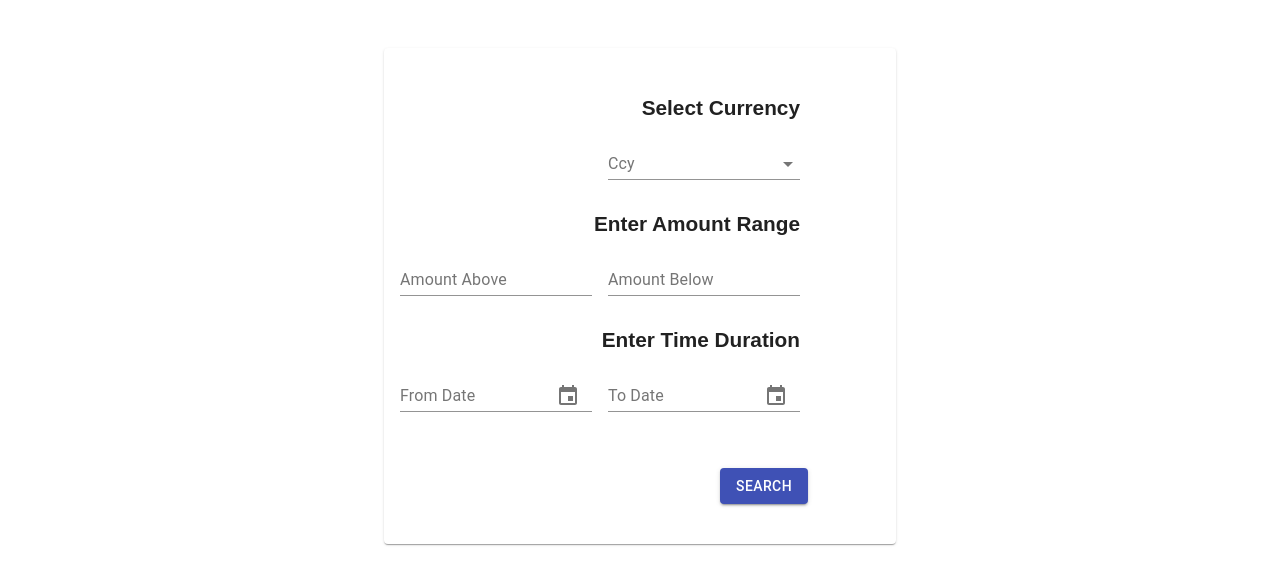
Repository: AmanullaChishty/filter
Page: /
These files come from the project's save history. The page is drawn as it stood at one moment and after the next save; the edit follows.
The browser window is 1280 px wide. The pictures show the whole page.
The project was rebuilt for these pictures with package versions that can differ from the ones it lists, and the page was loaded fresh each time. Imported but missing from the stored project, and not drawn on this page: src/reducers/simpleReducer.

Above is the page before, as saved 2020-01-26 21:47:09.

After the next save:
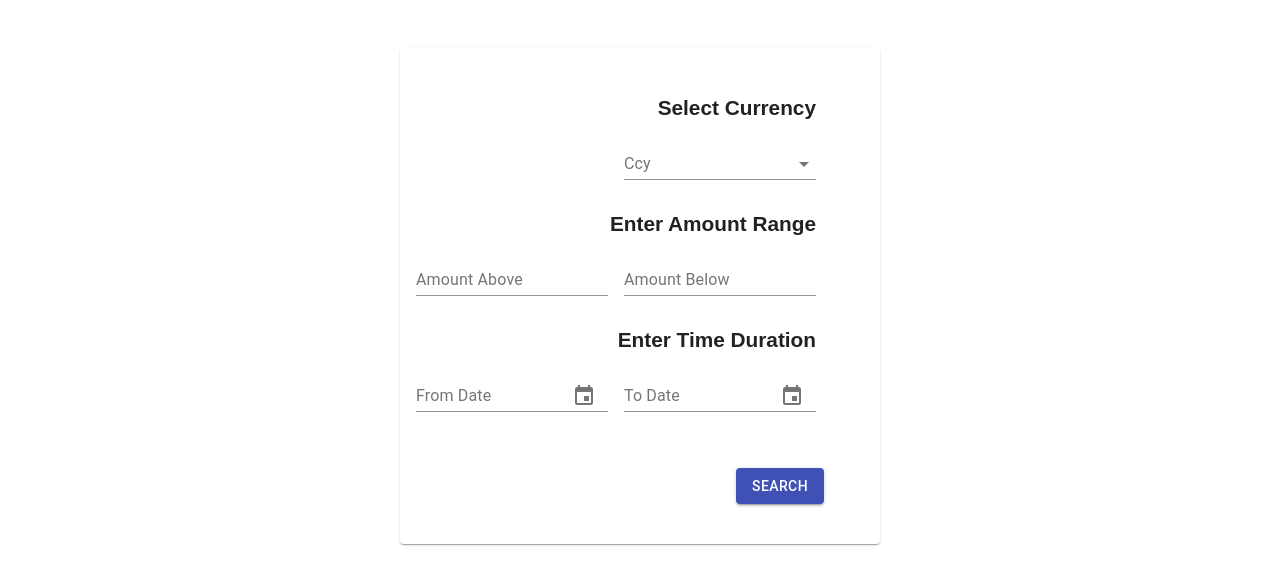
Saved 10 s later.
--- a/src/searchBar/components/searchBar.js
+++ b/src/searchBar/components/searchBar.js
@@ -91,7 +91,7 @@ class SearchBar extends Component {
 
     return (
       <Grid style={{display:'flex',justifyContent:'center',alignItems:'center',flexDirection:'column'}}>
-    <Card style={{maxWidth:400,width:'100%',padding:'2em 5em 2em 2em',margin:'3em'}}>
+    <Card style={{maxWidth:400,width:'100%',padding:'2em 3em 2em 2em',margin:'3em'}}>
       <CardContent>
             <Grid style={sectionGrid}>
               <span style={sectionLabel}>Select Currency</span>
